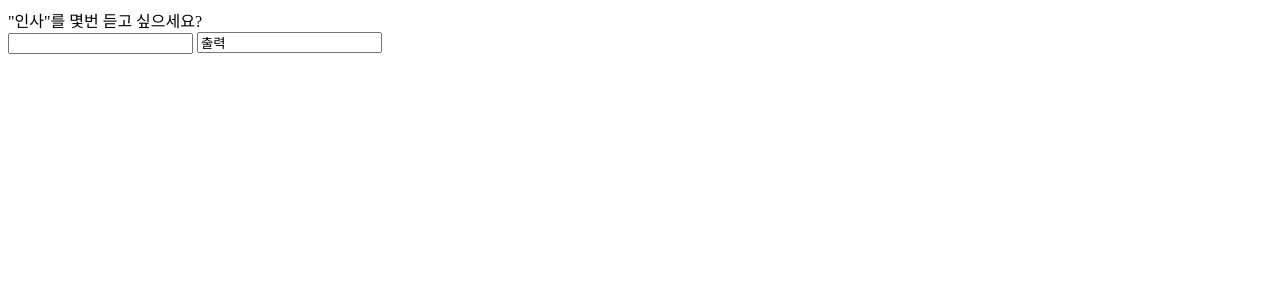
Repository: hongsungwoooo/per_study_jsp
Page: day02/src/main/webapp/hello.html
The author's editor kept a copy of each file at every save. The page is drawn from the files as they stood at one save, then again after the next save.
The browser window is 1280 px wide. The pictures show the whole page.

Above is the page before, as saved 2022-10-05 04:42:48.

After the next save:
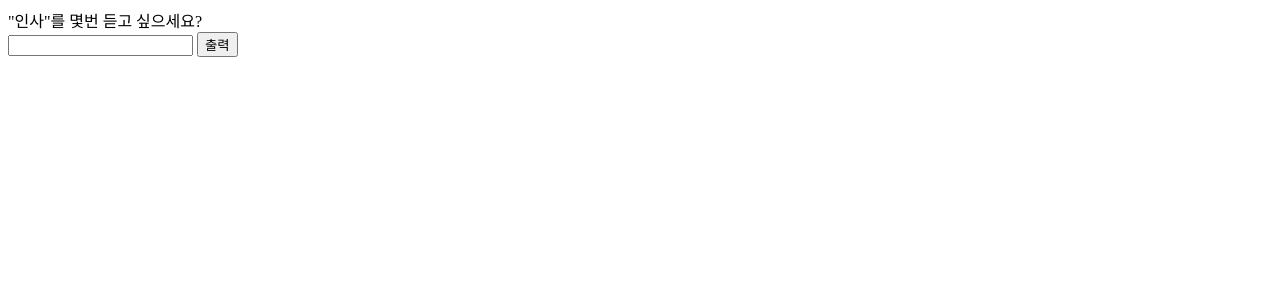
Saved 9 s later.
--- a/day02/src/main/webapp/hello.html
+++ b/day02/src/main/webapp/hello.html
@@ -10,8 +10,8 @@
 			<label>"인사"를 몇번 듣고 싶으세요?</label>
 		</div>
 		<div>
-			<input type"text" name"cnt">
-			<input type"submit" value="출력">
+			<input type="text" name="cnt">
+			<input type="submit" value="출력">
 
 		</div>
 
